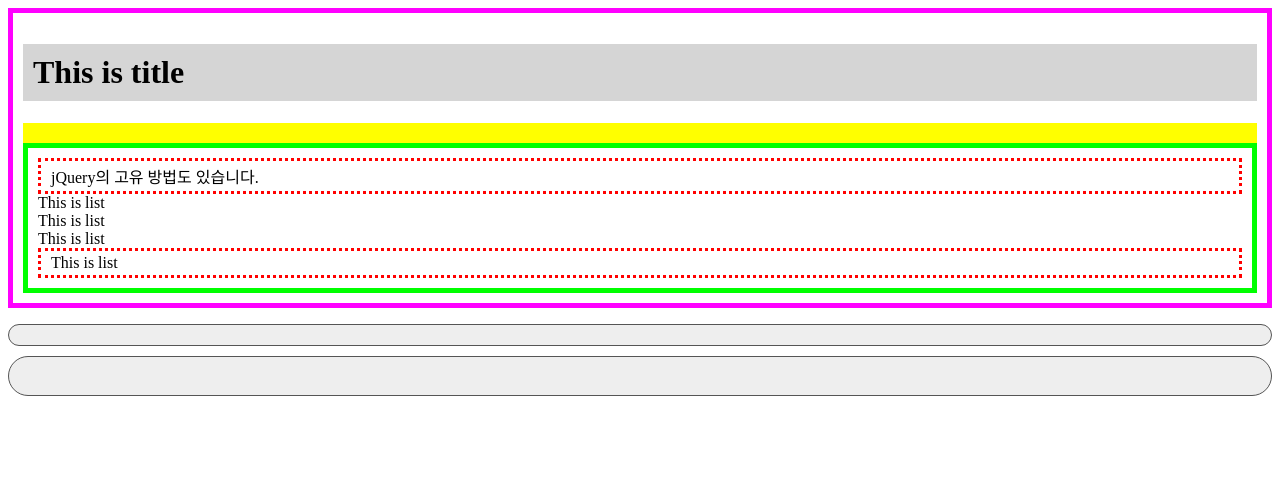
Repository: chaejunho689/bitcamp
Page: jQuery/src/main/webapp/01_hellojQuery/exam05.html
An editor plug-in stored every save of this project. The page is shown before and after the next save, followed by the edit.
The browser window is 1280 px wide. The pictures show the whole page.

Above is the page before, as saved 2024-08-22 05:25:41.

After the next save:
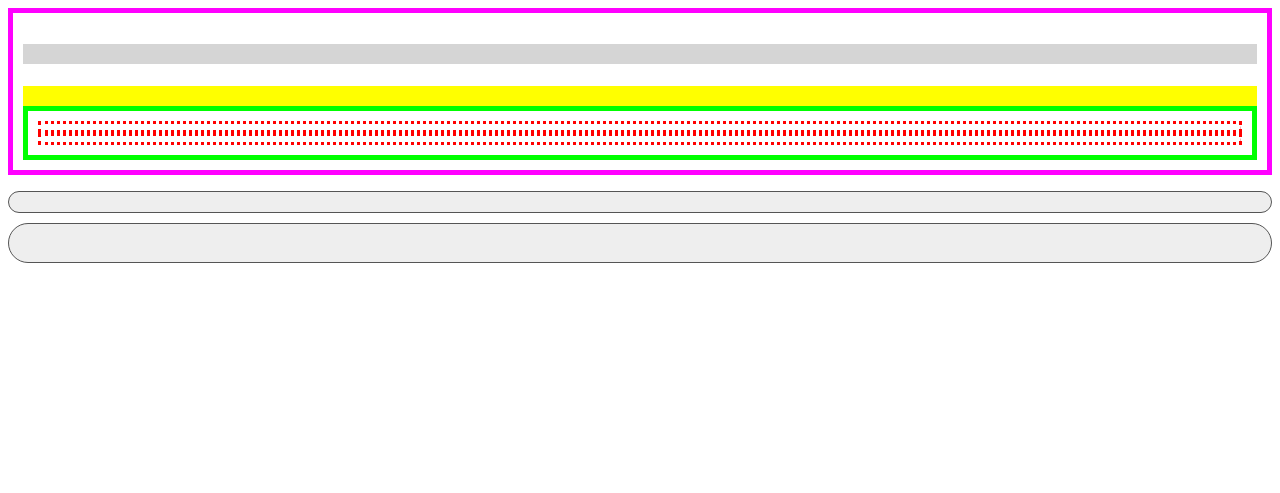
Console error: SyntaxError: Unexpected token '}'
Saved 45 s later.
--- a/jQuery/src/main/webapp/01_hellojQuery/exam05.html
+++ b/jQuery/src/main/webapp/01_hellojQuery/exam05.html
@@ -72,6 +72,8 @@
 	$('ul > li').html('This is list');
 	$('ul > li:eq(0)').html('jQuery의 고유 방법도 있습니다.'); // li 0번째 항목만 변경
 
+	$('p').
+
 });
 </script>
 

After the save that followed:
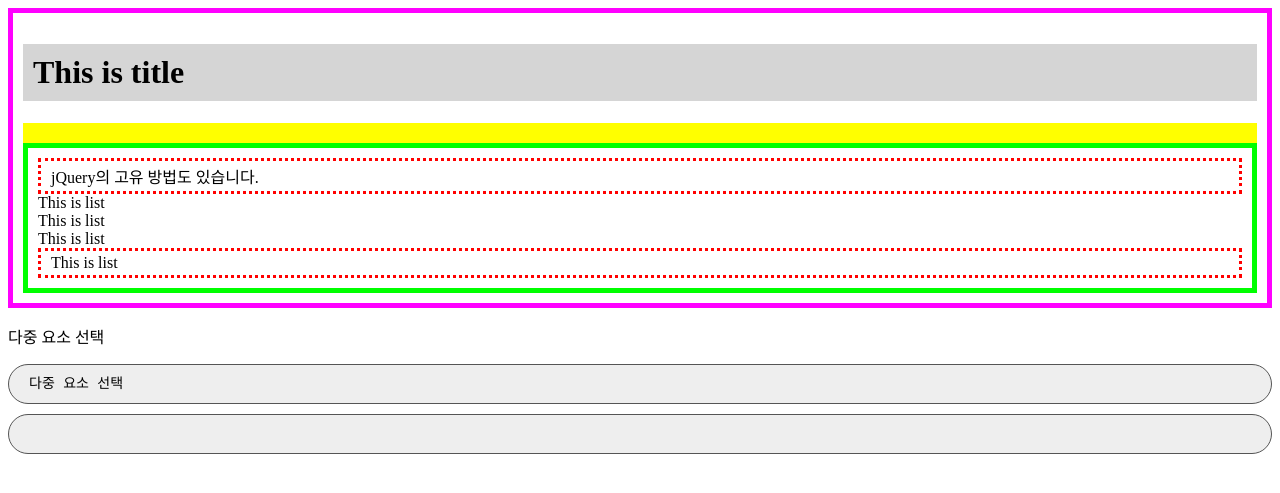
The error is gone.
Saved 47 s later.
--- a/jQuery/src/main/webapp/01_hellojQuery/exam05.html
+++ b/jQuery/src/main/webapp/01_hellojQuery/exam05.html
@@ -72,7 +72,9 @@
 	$('ul > li').html('This is list');
 	$('ul > li:eq(0)').html('jQuery의 고유 방법도 있습니다.'); // li 0번째 항목만 변경
 
-	$('p').
+	$('p').html('다중 요소 선택')
+	$('pre:eq(0)').html('다중 요소 선택')
+
 
 });
 </script>
